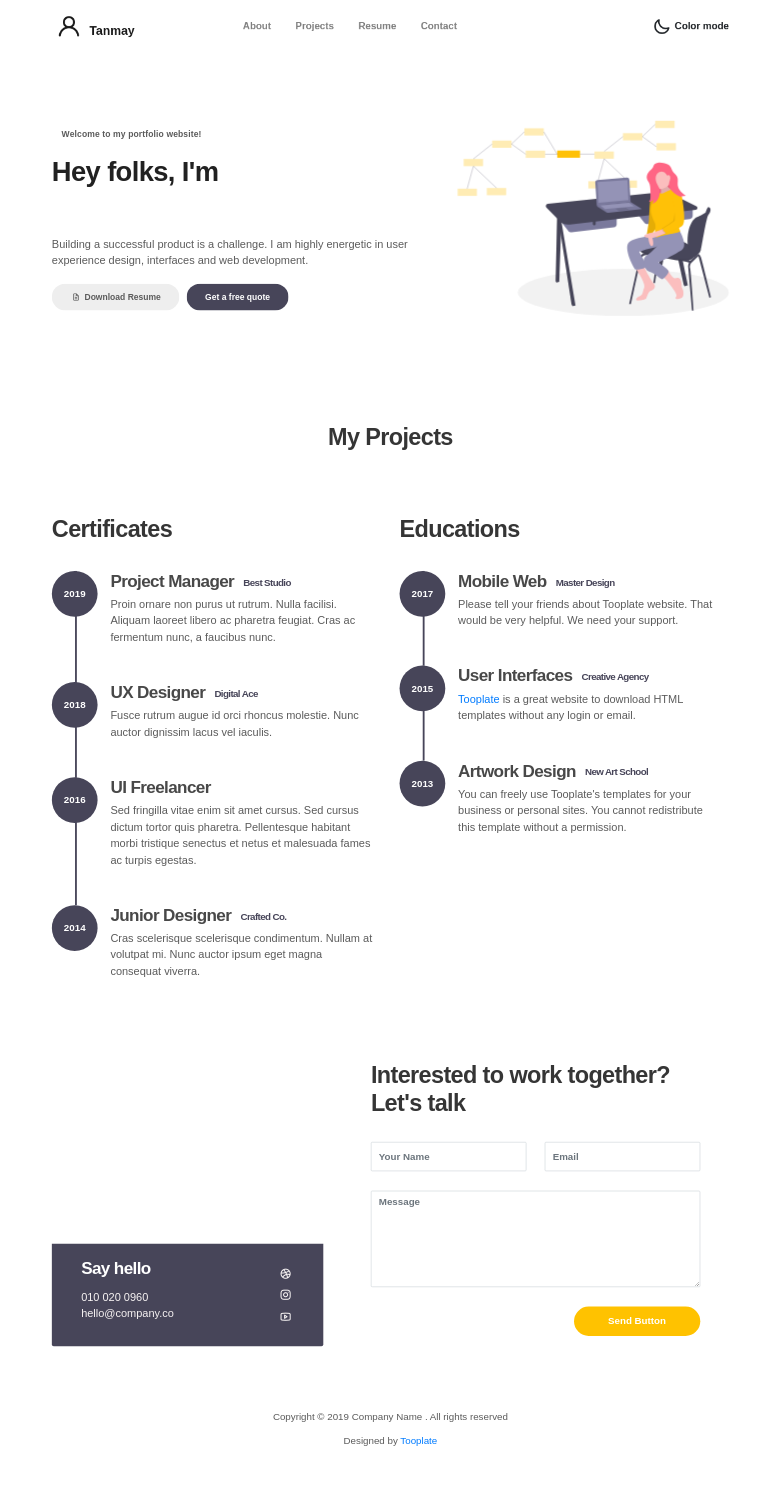
Repository: Tanmay-Kayande/Myportfolio
Page: http://localhost/myproject/
An editor plug-in stored every save of this project. The page is shown before and after the next save, followed by the edit.
The browser window is 1280 px wide. The pictures show the whole page, at 61% of full size.
Pictures or frames that could not be fetched are drawn as grey boxes. Some web fonts or font styles are not loaded; a fallback is used. The page is served by Tomcat 9.

Above is the page before, as saved 2024-02-13 10:06:38.

After the next save:
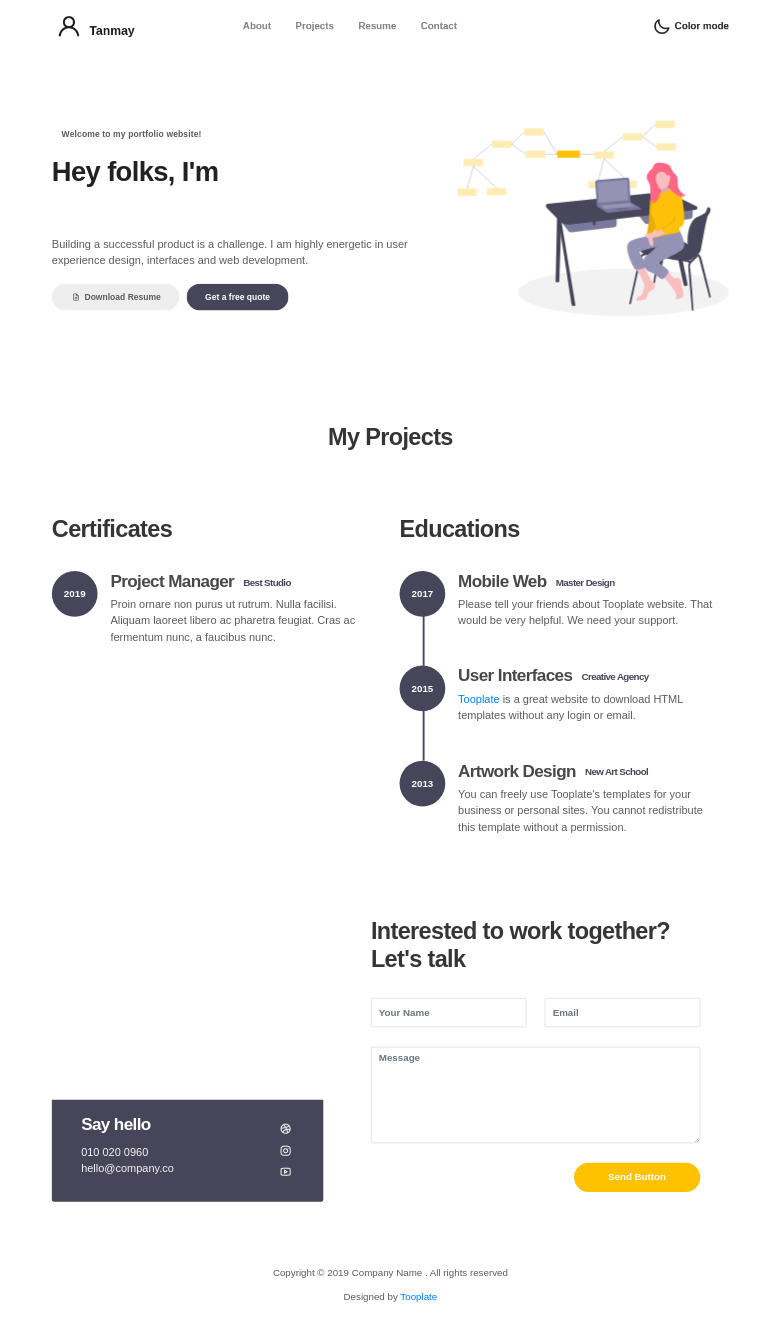
Saved 72 s later.
--- a/myproject/src/main/webapp/index.jsp
+++ b/myproject/src/main/webapp/index.jsp
@@ -197,7 +197,7 @@
 							</div>
 						</div>
 
-						<div class="timeline-wrapper">
+						<!-- <div class="timeline-wrapper">
 							<div class="timeline-yr">
 								<span>2018</span>
 							</div>
@@ -236,7 +236,7 @@
 								<p>Cras scelerisque scelerisque condimentum. Nullam at
 									volutpat mi. Nunc auctor ipsum eget magna consequat viverra.</p>
 							</div>
-						</div>
+						</div> -->
 
 					</div>
 				</div>
